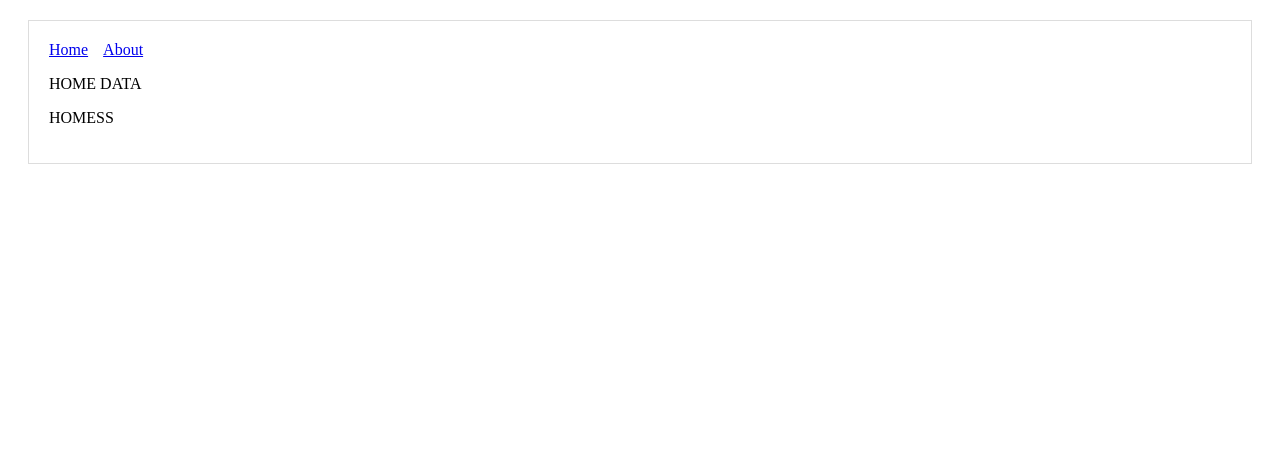
Repository: sivaraj-v/nextJs
Page: /
The author's editor kept a copy of each file at every save. The page is drawn from the files as they stood at one save, then again after the next save.
The browser window is 1280 px wide. The pictures show the whole page.
The project was rebuilt for these pictures with package versions that can differ from the ones it lists, and the page was loaded fresh each time. The framework's server and built-in components were replaced by stand-ins that run in the browser.

Above is the page before, as saved 2017-10-11 14:07:18.

After the next save:
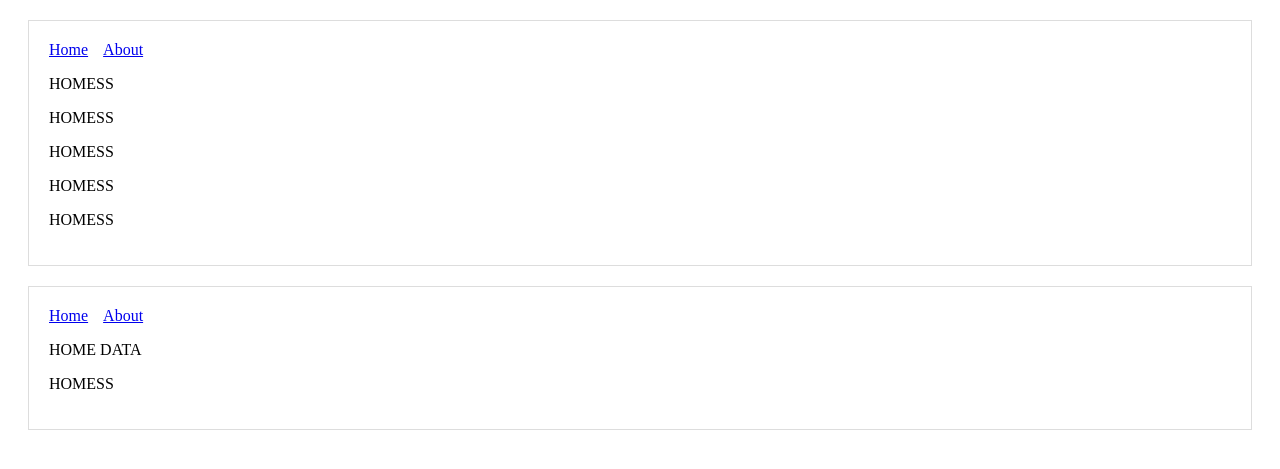
Saved 33 s later.
--- a/pages/index.js
+++ b/pages/index.js
@@ -15,13 +15,13 @@
       <meta name="viewport" content="initial-scale=1.0, width=device-width" />
     </Head>
     {/* <Header /> */}
-    {/* <Layout>
+    <Layout>
       <p>HOMESS</p>
       <p>HOMESS</p>
       <p>HOMESS</p>
       <p>HOMESS</p>
       <p>HOMESS</p>
-    </Layout> */}
+    </Layout>
     <Layout content={content}>
       <p>HOMESS</p>
     </Layout>

After the save that followed:
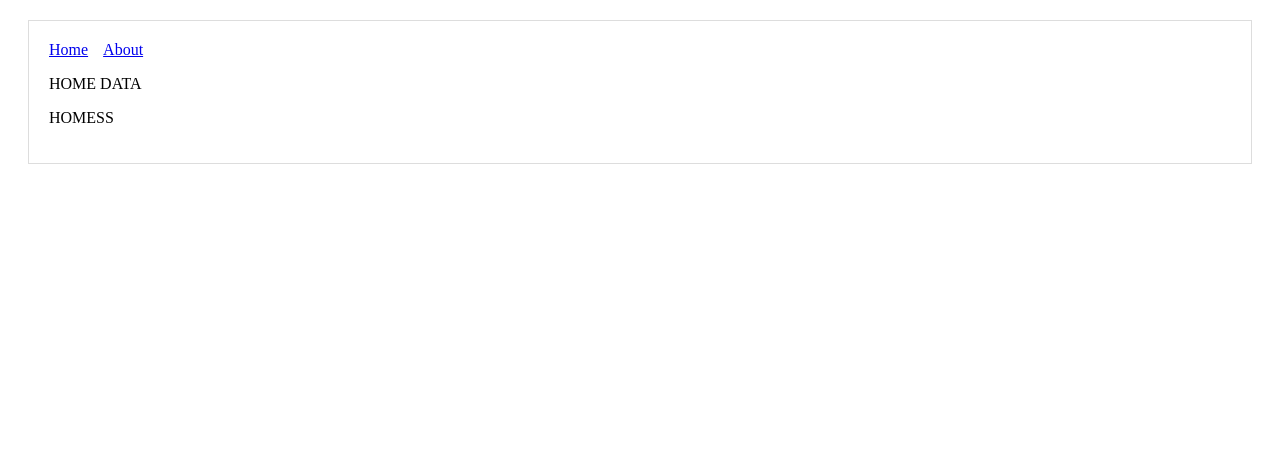
Saved 4 s later.
--- a/pages/index.js
+++ b/pages/index.js
@@ -15,13 +15,13 @@
       <meta name="viewport" content="initial-scale=1.0, width=device-width" />
     </Head>
     {/* <Header /> */}
-    <Layout>
+    {/* <Layout>
       <p>HOMESS</p>
       <p>HOMESS</p>
       <p>HOMESS</p>
       <p>HOMESS</p>
       <p>HOMESS</p>
-    </Layout>
+    </Layout> */}
     <Layout content={content}>
       <p>HOMESS</p>
     </Layout>
